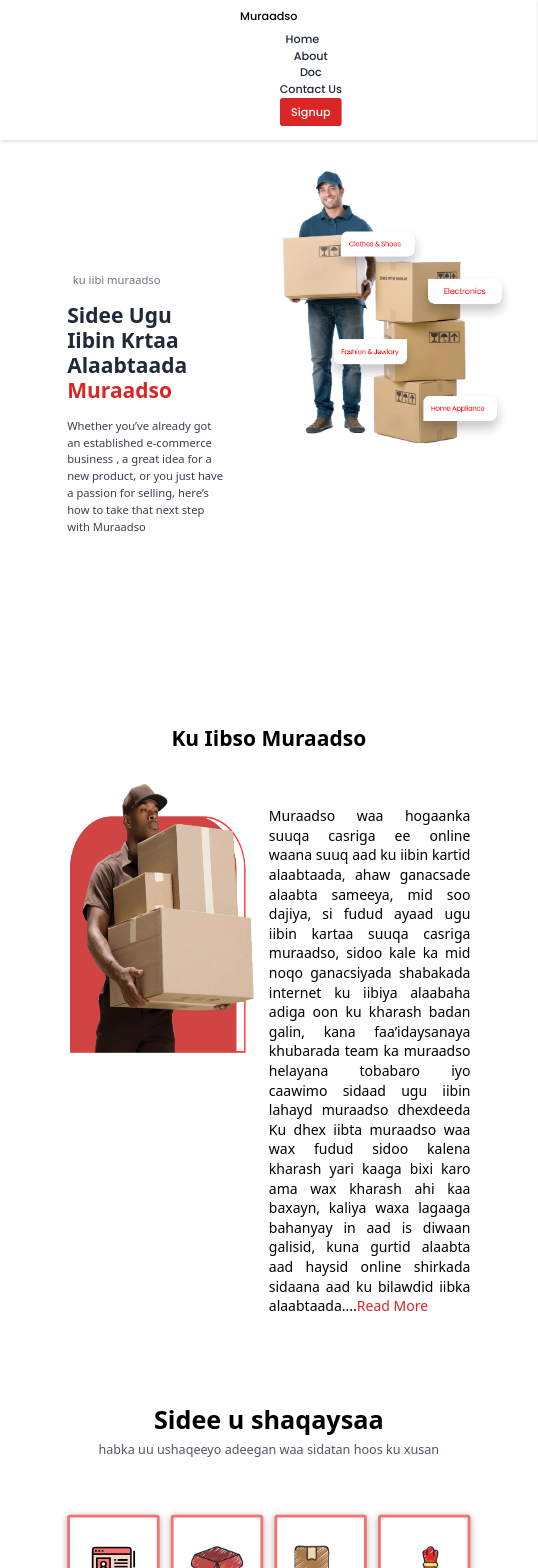
Repository: muraadso/Muraadso-Sellers
Page: /
The author's editor kept a copy of each file at every save. The page is drawn from the files as they stood at one save, then again after the next save.
The browser window is 768 px wide. The pictures show the part of the page from y = 0 to 2240 px (the page is 8936 px tall), at 70% of full size.
The project was rebuilt for these pictures with package versions that can differ from the ones it lists, and the page was loaded fresh each time. The framework's server and built-in components were replaced by stand-ins that run in the browser. Also part of the build but not shown: next.config.js.

Above is the page before, as saved 2021-12-12 17:04:15.

### pages/_app.js
import '../styles/globals.css'
 import 'tailwindcss/tailwind.css'
import { Layout } from '../components/Layout'


function MyApp({ Component, pageProps }) {
  return (
    <Layout>
      <Component {...pageProps} />
    </Layout>
  )
}

export default MyApp

### styles/globals.css
@import url('https://fonts.googleapis.com/css2?family=Lato:ital,wght@0,300;0,400;0,700;0,900;1,700&family=Poppins:wght@200;300;400;500;600;700&display=swap');
html,
body {
  padding: 0 ;
  margin: 0;
  overflow-x: hidden !important;
  scroll-behavior: smooth;
}

a {
  color: inherit;
  text-decoration: none;
}

* {
  box-sizing: border-box;
}


.navbar {
  box-shadow: 2px 1px 7px rgba(0, 0, 0, 0.226);
  font-family: 'Poppins', sans-serif  ;
  font-weight: 500;

}
  .logo{
    font-family: 'Lato', sans-serif;
    font-weight: 700;
    color: rgb(233, 59, 59);
    font-size: 20px ;
  }
  .how-card{
    position: relative;
    box-shadow: 0 2px 10px rgba(0, 0, 0, 0.336) ;
  }
  .regimage{
    height: 500px;

  }
  .react-player {
    background-color: white !important;
    padding: 10px;
    box-shadow: 2px 1px 11px rgba(0, 0, 0, 0.226);
    border-radius: 2px;
  }
  .player-wrapper{
    overflow-x: hidden !important;
    /* width: 100% !important; */
  }


  .formcontainer{
    box-shadow: 2px 1px 11px rgba(0, 0, 0, 0.226);

  }

  @media screen and (min-width: 768px) and (max-width: 770px) {



  }



@media screen and  (max-width: 768px){
  .nav{
    padding-top: 40px;
    display: flex;
    flex-direction: column;

  }

  .how-card{
  margin-bottom: 25px;
}

.tablle{
  margin-bottom: 90px;
}
.tablle2{

}
 TableContainer{
   background-color: red;
   display: hidden;
 }
 .regimage{
    max-height: 300px;

  }
  .formcontainer{
    min-width: 110%;
  }

}




@tailwind base;
@tailwind components;
@tailwind utilities

### components/Hero.jsx
const Hero = () => {
    return (
        <div className="md:grid-cols-2 md:grid md:mt-11 hero">
                <div className="md:px-16 md:py-36 py-11 herotxt">
                    <h6 className="px-2 font-medium text-gray-500">ku iibi muraadso</h6>
                    <h1 className="my-5 text-3xl font-bold text-gray-800 capitalize md:font-bold md:text-gray-800 md:capitalize lg:text-6xl">sidee ugu iibin krtaa <br /> alaabtaada <span  className="text-red-600 md:text-red-600">muraadso</span></h1>

                    <p className="text-gray-700 md:text-left">
                         Whether you’ve already got an established e-commerce business , a great idea for a new product, or you just have a passion for selling, here’s how to take that next step with Muraadso </p>
                </div>

                <div className="heroimg">
                    <img className="w-4/4 "  src="/images/heroimage.png" alt="heroimage" />
                </div>
        </div>
    )
}

export default Hero

### components/About.jsx

const About = () => {
    return (
        <div className="mt-32">
            <h1 className="text-3xl font-bold text-center">Ku Iibso Muraadso</h1>
            <div className="gap-0 md:px-16 md:grid-cols-2 md:grid about-content">
                <div className="mt-12 aboutimg">
                  <img src="/images/aboutimage.png" className="md:h-96" alt="about image" />
                </div>
                <div className="md:mt-20 mt-11 about-text">
                    <p className="text-xl text-justify">
                        Muraadso waa hogaanka suuqa casriga ee online waana suuq aad ku iibin kartid alaabtaada, ahaw ganacsade alaabta sameeya, mid soo dajiya, si fudud ayaad ugu iibin kartaa suuqa casriga muraadso, sidoo kale ka mid noqo ganacsiyada shabakada internet ku iibiya alaabaha adiga oon ku kharash badan galin, kana faa’idaysanaya khubarada team ka muraadso helayana tobabaro iyo caawimo sidaad ugu iibin lahayd muraadso dhexdeeda Ku dhex iibta muraadso waa wax fudud sidoo kalena kharash yari kaaga bixi karo ama wax kharash ahi kaa baxayn, kaliya waxa lagaaga bahanyay in aad is diwaan galisid, kuna gurtid alaabta aad haysid online shirkada sidaana aad ku bilawdid iibka alaabtaada....<span className="text-red-600">Read More</span>
                    </p>
                </div>


            </div>
        </div>
    )
}

export default About

### components/Howtoreg.jsx
const Howtoreg = () => {
  return (
    <div className="flex flex-col md:p-16 howtoreg mb-11 md:mb-6 ">
      <div className="grid items-center justify-between md:grid-cols-2 registerdoc">
        <div className="space-y-4 regcontent">
          <h1 className="text-xl font-bold text-gray-900 md:text-4xl">Sidee isku diiwaan gelin kartaa ?</h1>
          <p className="text-lg text-gray-800 ">intaadan iska diiwaan gelin ka hor waxa aad u baahantahay in aad
            soo buuxisid shuruudahan hoos ku xusan .</p>
            <ol className="ml-4 space-y-2 font-medium text-gray-900 list-decimal">
              <li>Business Email</li>
              <li>Passport / National ID Card</li>
              <li>Phone Number / Marchent Account </li>
              <li>Business Government Registration</li>
            </ol>
        </div>
        <div className="flex items-center justify-end regimage">
          <img className="regimage" src="/images/registrationn.png" alt="" />
        </div>

      </div>
      <div className="flex flex-col items-center justify-center space-y-4 md:space-x-24 md:flex-row acceptterms">
        <div className="flex flex-row items-center justify-center check">
        </div>
        <div className="items-center justify-center text-center">
        <button className="items-center justify-center px-24 py-3 text-sm text-white bg-red-600 md:text-center md:text-lg md:px-24 md:py-4 ">Register Now</button>
        </div>
      </div>


    </div>
  )
}

export default Howtoreg

### components/Howtolist.jsx
import ReactPlayer from 'react-player'


const Howtoreg = () => {
  return (
    <div className="flex flex-col space-y-11 md:space-y-24 md:p-16 howtoreg">
      <div className="grid items-center justify-between md:grid-cols-2 registerdoc">
        <div className="space-y-4 regcontent">
          <h1 className="text-xl font-bold text-gray-900 md:text-4xl">Alaabtaada habkan uso diiwaan geli</h1>
          <p className="text-lg text-gray-800 ">kadib marka laguu ogolaado in aad soo diiwaan gelisid alaabtaada
waxaa muhiim ah in aad qaadid talaabooyinkan si alaabta aad
u diiwaan gelisid ay uga soo muuqato Bogga MURAADSO</p>
            <ol className="ml-4 space-y-2 font-medium text-gray-900 list-decimal">
              <li>magaca alaabta oo dhamaystiran</li>
              <li>faahfaahinta alaabta </li>
              <li>xaddiga aad ka haysid alaabta </li>
              <li>qiimaha alaabta </li>
              <li>categoryga ay ka tirsantaha</li>
              <li>brand-ka alaabta ama shirkada smaysay</li>
              <li>4 ama 3 sawir oo quality-goodu sareeyo</li>
              <li>alaabta features-keeda</li>
              <li>alaabta tag-skeeda ama keywordskeda</li>
            </ol>
        </div>
        <div className="flex items-center justify-end regimage">
          <img className="regimage" src="/images/dashboard.png" alt="" />
        </div>

      </div>

      <div className="flex flex-col items-center justify-center space-y-6 watch">
          <h1 className="text-lg font-medium text-center md:font-bold md:text-xl ">Ama Daawo Video-gan Kuu Sharaxaya Habka looso geliyo Product</h1>
         <div className='flex items-center justify-center w-screen p-2 overflow-x-hidden mx-11 player-wrapper'>
        <ReactPlayer
          className=' react-player'
          url='hhttps://www.youtube.com/watch?v=qS5MdsgyWb4&t=5s'
        style={{
            backgroundColor: '#ff0000'
        }}

        />
      </div>
      </div>




    </div>
  )
}

export default Howtoreg

### components/Reg.jsx
import TextField from '@mui/material/TextField';
import Checkbox from '@mui/material/Checkbox';
import FormControlLabel from '@mui/material/FormControlLabel';



const Reg = () => {
    return (
        <div className="container flex flex-col items-center justify-center md:w-screen md:px-11 mb-36 ">
            <h1 className="text-lg font-bold text-center md:text-3xl ">Nagu Soo Biir Macmiil</h1>
            <div className="flex flex-col items-center justify-center py-10 mt-24 bg-white rounded md:w-9/12 md:px-11 space-y-7 formcontainer">
            <h1 className="text-lg font-bold text-center md:text-3xl ">Is Diiwaan Geli</h1>
                <div className="grid w-5/6 grid-cols-1 md:grid-cols-2 gap-x-6 gap-y-7 form">
                  <TextField id="outlined-basic" label="First Name" variant="outlined" />
                  <TextField id="outlined-basic" label="Last Name" variant="outlined" />
                  <TextField id="outlined-basic" label="Magaalada" variant="outlined" />
                  <TextField id="outlined-basic" label="Address" variant="outlined" />
                  <TextField type="number" id="outlined-basic" label="Phone Number" variant="outlined" />
                  <TextField id="outlined-basic" label="Magaca Ganasiga" variant="outlined" />
                  <TextField id="outlined-basic" label="Noca Ganasiga" variant="outlined" />
                </div>

                <div className="flex flex-col items-center justify-center text-center">
                    <FormControlLabel className="mb-2" control={<Checkbox />} label="I accept the privacy and policy" />
                   <button
                    className="items-center justify-center px-24 py-3 text-sm text-white bg-red-600 md:text-center md:text-lg md:px-24 md:py-4 ">
                        Register Now
                    </button>
        </div>
            </div>





        </div>
    )
}

export default Reg

### components/Whyus.jsx
const Whyus = () => {
    return (
        <div className="flex flex-col items-center justify-center mt-32 mb-24 how md:gap-y-4 gap-y-11">
            <div className="flex flex-col items-center justify-center howheader">
            <h2 className="text-4xl font-bold text-center">Nagu Dooro Macmiil</h2>
            <p className="mt-2 text-lg text-center text-gray-600 md:w-1/2">
                Adeegan ay kuu keentay shirkadda MURAADSO waxa uu kaa caawinaya
                in aad ganacsigaaga kor u qaadid gaartidna macaamiil aad u badan
                </p>
            </div>
            <div className="h-full md:p-16 md:gap-4 gap-72 md:grid-cols-4 md:grid howsteps">

                <div className="relative max-h-full p-6 bg-white border-4 border-red-400 rounded how-card ">
                    <div className="flex items-center justify-center my-4 card-icon ">
                        <img className="h-24"  src="./images/audiance.png" alt="register" />

                    </div>
                    <div className="mb-4 text-xl text-center text-gray-800 cardbody">
                        Macmiil iska diiwaan geli adeega, 24h kadib waxad helaysa fariin ah in lagu aqbalay
                    </div>
                    <div className="absolute flex items-center justify-center w-10 h-10 font-bold text-red-500 bg-white border-2 border-red-500 rounded-full md:left-36 -bottom-5 md:left-40 left-36 place-content-center card-number"> <h2>1</h2></div>
                </div>


                <div className="relative max-h-full p-6 bg-white border-4 border-red-400 rounded how-card ">
                    <div className="flex items-center justify-center my-4 card-icon ">
                        <img className="h-24"  src="./images/ad.png" alt="register" />
                    </div>
                    <div className="mb-4 text-xl text-center text-gray-800 cardbody">
                        Macmiil iska diiwaan geli adeega, 24h kadib waxad helaysa fariin ah in lagu aqbalay
                    </div>
                    <div className="absolute flex items-center justify-center w-10 h-10 font-bold text-red-500 bg-white border-2 border-red-500 rounded-full md:left-36 -bottom-5 md:left-40 left-36 place-content-center card-number"> <h2>2</h2></div>
                </div>




                <div className="relative max-h-full p-6 bg-white border-4 border-red-400 rounded how-card ">
                    <div className="flex items-center justify-center my-4 card-icon ">
                        <img className="h-24"  src="./images/verified.png" alt="register" />

                    </div>
                    <div className="mb-4 text-xl text-center text-gray-800 cardbody">
                        Macmiil iska diiwaan geli adeega, 24h kadib waxad helaysa fariin ah in lagu aqbalay
                    </div>
                    <div className="absolute flex items-center justify-center w-10 h-10 font-bold text-red-500 bg-white border-2 border-red-500 rounded-full md:left-36 -bottom-5 md:left-40 left-36 place-content-center card-number"> <h2>3</h2></div>
                </div>


                <div className="relative max-h-full p-6 bg-white border-4 border-red-400 rounded how-card ">
                    <div className="flex items-center justify-center my-4 card-icon ">
                        <img className="h-24"  src="./images/money.png" alt="register" />

                    </div>
                    <div className="mb-4 text-xl text-center text-gray-800 cardbody">
                        Macmiil iska diiwaan geli adeega, 24h kadib waxad helaysa fariin ah in lagu aqbalay
                    </div>
                    <div className="absolute flex items-center justify-center w-10 h-10 font-bold text-red-500 bg-white border-2 border-red-500 rounded-full md:left-36 -bottom-5 md:left-40 left-36 place-content-center card-number"> <h2>4</h2></div>
                </div>

            </div>
            <p className="text-center text-gray-800">Wixii faahfaahin ah waxaad kala xiriiri kartaa lambaradan hoos kuugu xusan</p>
            <a className="font-medium text-red-600" href="#">+252 63 3333471</a>

        </div>
    )
}


export default Whyus;

### components/How.jsx
export const How = () => {
    return (
        <div className="flex flex-col items-center justify-center mt-32 mb-24 how md:gap-y-4 gap-y-11">
            <div className="howheader">
            <h2 className="text-4xl font-bold text-center">Sidee u shaqaysaa</h2>
            <p className="mt-2 text-lg text-center text-gray-600">habka uu ushaqeeyo adeegan waa sidatan hoos ku xusan</p>
            </div>
            <div className="h-full md:p-16 md:gap-4 gap-72 md:grid-cols-4 md:grid howsteps">

                <div className="relative max-h-full p-6 bg-white border-4 border-red-400 rounded how-card ">
                    <div className="flex items-center justify-center my-4 card-icon ">
                        <img  src="./icons/register.png" alt="register" />

                    </div>
                    <div className="mb-4 text-xl text-center text-gray-800 cardbody">
                        Macmiil iska diiwaan geli adeega, 24h kadib waxad helaysa fariin ah in lagu aqbalay
                    </div>
                    <div className="absolute flex items-center justify-center w-10 h-10 font-bold text-red-500 bg-white border-2 border-red-500 rounded-full -bottom-5 md:left-40 left-36 place-content-center card-number"> <h2>1</h2></div>
                </div>


                <div className="relative max-h-full p-6 bg-white border-4 border-red-400 rounded how-card ">
                    <div className="flex items-center justify-center my-4 card-icon ">
                        <img className="h-24"  src="./icons/features.png" alt="register" />
                    </div>
                    <div className="mb-4 text-xl text-center text-gray-800 cardbody">
                        Macmiil iska diiwaan geli adeega, 24h kadib waxad helaysa fariin ah in lagu aqbalay
                    </div>
                    <div className="absolute flex items-center justify-center w-10 h-10 font-bold text-red-500 bg-white border-2 border-red-500 rounded-full -bottom-5 md:left-40 left-36 place-content-center card-number"> <h2>2</h2></div>
                </div>




                <div className="relative max-h-full p-6 bg-white border-4 border-red-400 rounded how-card ">
                    <div className="flex items-center justify-center my-4 card-icon ">
                        <img className="h-24"  src="./icons/verified.png" alt="register" />

                    </div>
                    <div className="mb-4 text-xl text-center text-gray-800 cardbody">
                        Macmiil iska diiwaan geli adeega, 24h kadib waxad helaysa fariin ah in lagu aqbalay
                    </div>
                    <div className="absolute flex items-center justify-center w-10 h-10 font-bold text-red-500 bg-white border-2 border-red-500 rounded-full -bottom-5 md:left-40 left-36 place-content-center card-number"> <h2>3</h2></div>
                </div>


                <div className="relative max-h-full p-6 bg-white border-4 border-red-400 rounded how-card ">
                    <div className="flex items-center justify-center my-4 card-icon ">
                        <img className="h-24"  src="./icons/givemoney.png" alt="register" />

                    </div>
                    <div className="mb-4 text-xl text-center text-gray-800 cardbody">
                        Macmiil iska diiwaan geli adeega, 24h kadib waxad helaysa fariin ah in lagu aqbalay
                    </div>
                    <div className="absolute flex items-center justify-center w-10 h-10 font-bold text-red-500 bg-white border-2 border-red-500 rounded-full -bottom-5 md:left-40 left-36 place-content-center card-number"> <h2>4</h2></div>
                </div>

            </div>
            <p className="text-center text-gray-800">Wixii faahfaahin ah waxaad kala xiriiri kartaa lambaradan hoos kuugu xusan</p>
            <a className="font-medium text-red-600" href="#">+252 63 3333471</a>

        </div>
    )
}

export default How

### components/Navbar.jsx
import React, { useState } from "react";
import { HiOutlineMenuAlt2, HiOutlineMenuAlt3 } from "react-icons/hi";



export default function Navbar() {
  const [showNav, setShowNav] = useState(false);

  return (
    <nav className="sticky top-0 z-20 items-center justify-between bg-white px-14 md:px-24 md:py-3 navbar md:flex nav">
      <div className="flex items-center justify-between">
        <a href="#">
          <h2>Muraadso</h2>
        </a>


        {showNav ? (
          <HiOutlineMenuAlt3
            onClick={() => setShowNav(!showNav)}
            className="block w-10 h-10 p-2 cursor-pointer md:hidden" />

        ) : (
          <HiOutlineMenuAlt2
            onClick={() => setShowNav(!showNav)}
            className="block w-10 h-10 p-2 cursor-pointer md:hidden"
          />
        )}
      </div>

      <ul
        className={
          (showNav ? "left-0" : "-left-full") +
          " md:static fixed bottom-0 md:ml-24 top-14 md:flex md:space-x-6 items-center md:bg-transparent bg-gray-700 rounded md:rounded-none md:bg-white bg-opacity-90 md:w-auto w-10/12 md:text-gray-800 text-white  md:space-y-0 space-y-5 p-2 transition-left nav"
        }
      >
        <a href="#"> Home</a>
        <a href="#"> About</a>
        <a href="#"> Doc</a>
        <a href="#"> Contact Us</a>
      <a className="px-4 py-2 text-white bg-red-600 rounded" href="">Signup</a>
      </ul>
    </nav>
  );
}

























// const Navbar = () => {
//     return (
//         <div>
//      <div className="sticky top-0 z-20 items-center justify-between bg-white md:flex navbar">
//          <a className="logo" href="#">Muraadso</a>
//          <nav className="fixed bottom-0 items-center w-10/12 p-2 space-y-5 text-white bg-gray-500 md:static top-12 md:flex md:space-x-7 md:bg-transparent bg-opacity-90 md:w-auto md:text-gray-500 md:space-y-0 transition-left nav">
//              <a className="hover:text-red-600" href="">Home</a>
//              <a className="hover:text-red-600" href="">About</a>
//              <a className="hover:text-red-600" href="">Doc</a>
//              <a className="hover:text-red-600" href="">Contact Us</a>
//          </nav>
//          <a href="#" className="px-4 py-2 text-white bg-red-600 rounded hover:bg-red-700 signup ">Signup</a>
//      </div>

//         </div>
//     )
// }

// export default Navbar

### components/Footer.jsx
import FacebookIcon from '@mui/icons-material/Facebook';
import InstagramIcon from '@mui/icons-material/Instagram';
import YouTubeIcon from '@mui/icons-material/YouTube';
import Divider from '@mui/material/Divider';
import CopyrightIcon from '@mui/icons-material/Copyright';





const Footer = () => {
    return (
        <div className="px-2 py-8 border md:px-24 md:py-16 bg-gray-50 space-y-7">
            <div className="flex flex-col items-center justify-between space-y-4 md:flex-row upper md-space-y-0">

            <div className="flex items-center space-x-5 md:space-x-7 justify-items-start footercontent">
                <a href="#">About Us</a>
                <a href="#">How it Works</a>
                <a href="#">Nagu Dooro</a>
                <a href="#">Register</a>

            </div>

            <div className="footericons space-x-7">
                <FacebookIcon sx={{ fontSize: 30, color: "#ff5e5b" }} />
                <InstagramIcon sx={{ fontSize: 30, color: "#ff5e5b" }} />
                <YouTubeIcon sx={{ fontSize: 30, color: "#ff5e5b" }} />
            </div>

            </div>
            <Divider className="text-red-600">Muraadso.com</Divider>

            <div className="flex flex-col items-center justify-between space-y-3 md:space-y-0 md:flex-row bottom">
                <a href="#"> <CopyrightIcon className="items-center" sx={{fontSize: 15}} /> 2021 Muraadso.All rights reserved. </a>
                <div className="space-x-8 term">
                <a href="#">Privacy Policy</a>
                <a href="#">Terms Of Service</a>
                </div>


            </div>

        </div>
    )
}

export default Footer

Loaded but not shown: styles/Home.module.css (common file); pages/index.js (32 lines, source omitted); tailwind.config.js (18 lines, source omitted); components/Layout.js (15 lines, source omitted); components/Whatsell.jsx (138 lines, source omitted)

After the next save:
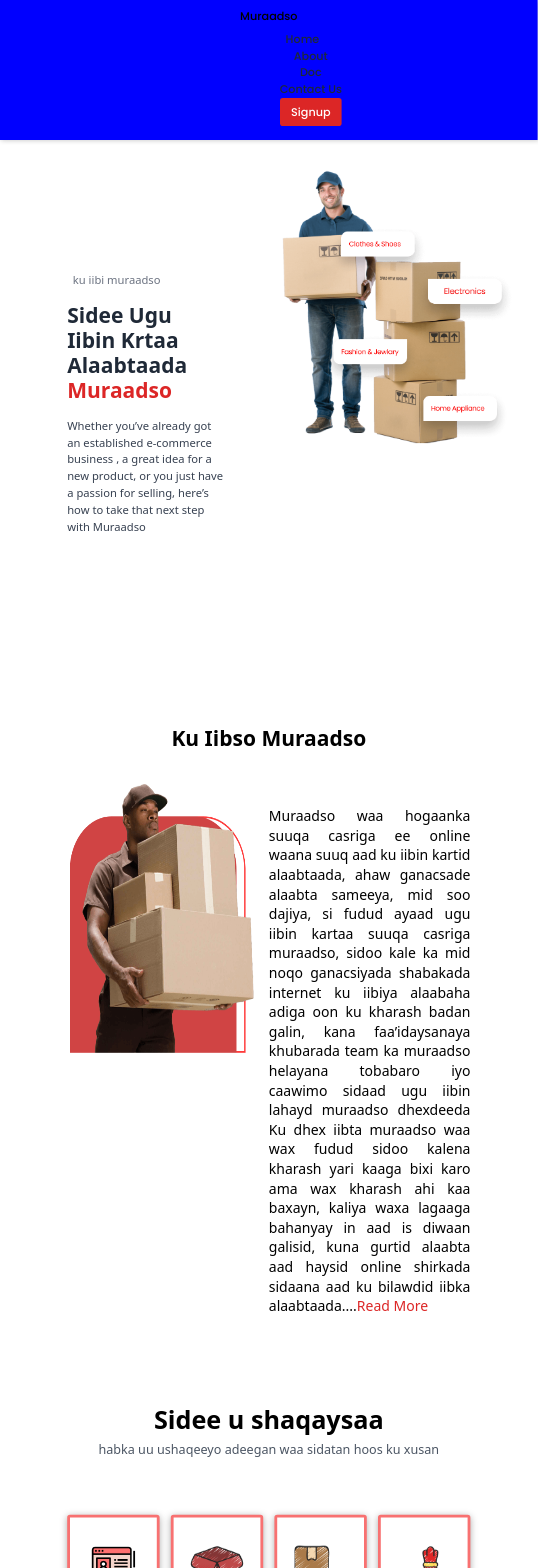
Saved 31 s later.
--- a/styles/globals.css
+++ b/styles/globals.css
@@ -56,7 +56,9 @@ a {
 
   @media screen and (min-width: 768px) and (max-width: 770px) {
 
-
+    .nav{
+      background-color: blue !important;
+    }
 
   }
 
